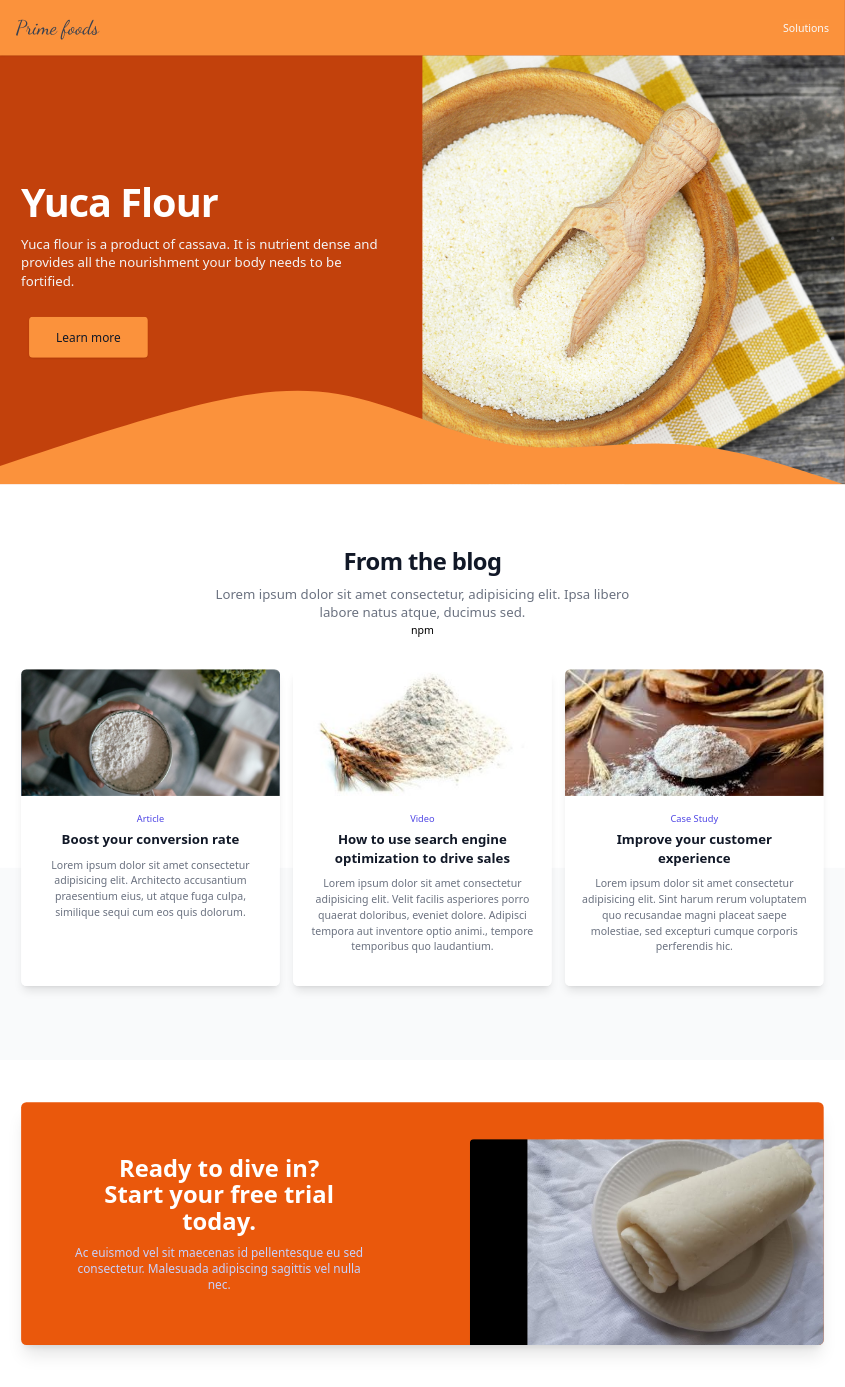
Repository: bellatrick/prime-foods
Page: /
These files come from the project's save history. The page is drawn as it stood at one moment and after the next save; the edit follows.
The browser window is 1280 px wide. The pictures show the whole page, at 66% of full size.
Some web fonts or font styles are not loaded; a fallback is used. The project was rebuilt for these pictures with package versions that can differ from the ones it lists, and the page was loaded fresh each time. A package was used in the major version that the imports need, not the one package.json lists.

Above is the page before, as saved 2022-04-30 20:02:59.

### public/index.html
<!DOCTYPE html>
<html lang="en">
  <head>
    <meta charset="utf-8" />
    <link rel="icon" href="%PUBLIC_URL%/favicon.ico" />
    <meta name="viewport" content="width=device-width, initial-scale=1" />
    <meta name="theme-color" content="#000000" />
    <meta
      name="description"
      content="Web site created using create-react-app"
    />
    <link rel="apple-touch-icon" href="%PUBLIC_URL%/logo192.png" />
    <link rel="preconnect" href="https://fonts.googleapis.com" />
    <link rel="preconnect" href="https://fonts.gstatic.com" crossorigin />
    <link
      href="https://fonts.googleapis.com/css2?family=Dancing+Script:wght@400;500;600;700&family=Inter:wght@100;200;300;400;500;700;900&family=Kavoon&display=swap"
      rel="stylesheet"
    />
    <!--
      manifest.json provides metadata used when your web app is installed on a
      user's mobile device or desktop. See https://developers.google.com/web/fundamentals/web-app-manifest/
    -->
    <link rel="manifest" href="%PUBLIC_URL%/manifest.json" />
    <!--
      Notice the use of %PUBLIC_URL% in the tags above.
      It will be replaced with the URL of the `public` folder during the build.
      Only files inside the `public` folder can be referenced from the HTML.

      Unlike "/favicon.ico" or "favicon.ico", "%PUBLIC_URL%/favicon.ico" will
      work correctly both with client-side routing and a non-root public URL.
      Learn how to configure a non-root public URL by running `npm run build`.
    -->
    <title>React App</title>
  </head>
  <body>
    <noscript>You need to enable JavaScript to run this app.</noscript>
    <div id="root"></div>
    <!--
      This HTML file is a template.
      If you open it directly in the browser, you will see an empty page.

      You can add webfonts, meta tags, or analytics to this file.
      The build step will place the bundled scripts into the <body> tag.

      To begin the development, run `npm start` or `yarn start`.
      To create a production bundle, use `npm run build` or `yarn build`.
    -->
  </body>
</html>

### src/App.js
import Hero from './components/Hero'
import Features from './components/Features'
import Cta from './components/Cta'
import './App.css';

function App() {
  return (
    <div className="App">
     <Hero/>
     <Features/>
     <Cta/>
    </div>
  );
}

export default App;

### src/components/Hero.jsx
/* This example requires Tailwind CSS v2.0+ */
import { Fragment } from "react";
import { Popover, Transition } from "@headlessui/react";
import {
  BookmarkAltIcon,
  CalendarIcon,
  ChartBarIcon,
  CursorClickIcon,
  MenuIcon,
  PhoneIcon,
  PlayIcon,
  RefreshIcon,
  ShieldCheckIcon,
  SupportIcon,
  ViewGridIcon,
  XIcon,
} from "@heroicons/react/outline";
import { ChevronDownIcon } from "@heroicons/react/solid";
import img1 from "../assets/img10.jpg";
const features = [
  {
    name: "Analytics",
    href: "#",
    description:
      "Get a better understanding of where your traffic is coming from.",
    icon: ChartBarIcon,
  },
  {
    name: "Engagement",
    href: "#",
    description: "Speak directly to your customers in a more meaningful way.",
    icon: CursorClickIcon,
  },
  {
    name: "Security",
    href: "#",
    description: "Your customers' data will be safe and secure.",
    icon: ShieldCheckIcon,
  },
  {
    name: "Integrations",
    href: "#",
    description: "Connect with third-party tools that you're already using.",
    icon: ViewGridIcon,
  },
  {
    name: "Automations",
    href: "#",
    description:
      "Build strategic funnels that will drive your customers to convert",
    icon: RefreshIcon,
  },
];

const resources = [
  {
    name: "Help Center",
    description:
      "Get all of your questions answered in our forums or contact support.",
    href: "#",
    icon: SupportIcon,
  },
  {
    name: "Guides",
    description:
      "Learn how to maximize our platform to get the most out of it.",
    href: "#",
    icon: BookmarkAltIcon,
  },
  {
    name: "Events",
    description:
      "See what meet-ups and other events we might be planning near you.",
    href: "#",
    icon: CalendarIcon,
  },
  {
    name: "Security",
    description: "Understand how we take your privacy seriously.",
    href: "#",
    icon: ShieldCheckIcon,
  },
];


function classNames(...classes) {
  return classes.filter(Boolean).join(" ");
}

export default function Example() {
  return (
    <div className="relative bg-orange-700">
      <Popover className="relative bg-orange-400 shadow">
        <div className="max-w-7xl mx-auto px-4 sm:px-6">
          <div className="flex justify-between items-center py-6 md:justify-start md:space-x-10">
            <div className="flex justify-start lg:w-0 lg:flex-1">
              <p className="text-extrabold text-gray-700 text-3xl font-logo">
                Prime foods
              </p>
            </div>
            <div className="-mr-2 -my-2 md:hidden">
              <Popover.Button className="bg-orange-400 rounded-md p-2 inline-flex items-center justify-center text-gray-400 hover:text-gray-50 hover:bg-gray-100 focus:outline-none focus:ring-2 focus:ring-inset focus:ring-gray-50">
                <span className="sr-only">Open menu</span>
                <MenuIcon className="h-6 w-6" aria-hidden="true" />
              </Popover.Button>
            </div>
            <Popover.Group as="nav" className="hidden md:flex space-x-10">
              <Popover className="relative">
                {({ open }) => (
                  <>
                    <Popover.Button
                      className={classNames(
                        open ? "text-gray-900" : "text-gray-50",
                        "group bg-orange-400 rounded-md inline-flex items-center text-base font-medium hover:text-gray-900 focus:outline-none focus:ring-2 focus:ring-offset-2 focus:ring-gray-50"
                      )}
                    >
                      <span>Solutions</span>
                    </Popover.Button>
                    <Transition
                      as={Fragment}
                      enter="transition ease-out duration-200"
                      enterFrom="opacity-0 translate-y-1"
                      enterTo="opacity-100 translate-y-0"
                      leave="transition ease-in duration-150"
                      leaveFrom="opacity-100 translate-y-0"
                      leaveTo="opacity-0 translate-y-1"
                    >

                    </Transition>
                  </>
                )}
              </Popover>
            </Popover.Group>
          </div>
        </div>
        <Transition
          as={Fragment}
          enter="duration-200 ease-out"
          enterFrom="opacity-0 scale-95"
          enterTo="opacity-100 scale-100"
          leave="duration-100 ease-in"
          leaveFrom="opacity-100 scale-100"
          leaveTo="opacity-0 scale-95"
        >
          <Popover.Panel
            focus
            className="absolute top-0 inset-x-0 z-10 p-2 transition transform origin-top-right md:hidden"
          >
            <div className="rounded-lg shadow-lg ring-1 ring-black ring-opacity-5 bg-[#FB923C] divide-y-2 divide-gray-50">
              <div className="pt-5 pb-6 px-5">
                <div className="flex items-center justify-between">
                  <div>Prime foods</div>
                  <div className="-mr-2">
                    <Popover.Button className="bg-orange-400 rounded-md p-2 inline-flex items-center justify-center text-gray-400 hover:text-gray-50 hover:bg-gray-100 focus:outline-none focus:ring-2 focus:ring-inset focus:ring-gray-50">
                      <span className="sr-only">Close menu</span>
                      <XIcon className="h-6 w-6" aria-hidden="true" />
                    </Popover.Button>
                  </div>
                </div>
                <div className="mt-6">
                  <nav className="grid gap-y-8">
                    {features.map((item) => (
                      <a
                        key={item.name}
                        href={item.href}
                        className="-m-3 p-3 flex items-center rounded-md hover:bg-gray-50"
                      >
                        <item.icon
                          className="flex-shrink-0 h-6 w-6 text-gray-600"
                          aria-hidden="true"
                        />
                        <span className="ml-3 text-base font-medium text-gray-900">
                          {item.name}
                        </span>
                      </a>
                    ))}
                  </nav>
                </div>
              </div>
              <div className="py-6 px-5 space-y-6">
                <div className="grid grid-cols-2 gap-y-4 gap-x-8">
                  {resources.map((item) => (
                    <a
                      key={item.name}
                      href={item.href}
                      className="text-base font-medium text-gray-900 hover:text-gray-700"
                    >
                      {item.name}
                    </a>
                  ))}
                </div>
              </div>
            </div>
          </Popover.Panel>
        </Transition>
      </Popover>

      <main className="lg:relative">
        <div className="mx-auto max-w-7xl w-full pt-16 pb-20 text-center lg:py-48 lg:text-left">
          <div className="px-4 lg:w-1/2 sm:px-8 xl:pr-16">
            <h1 className="text-4xl tracking-tight font-extrabold text-white sm:text-5xl md:text-6xl lg:text-5xl xl:text-6xl">
              <span className="block xl:inline">Yuca Flour</span>{" "}
            </h1>
            <p className="mt-3 max-w-md mx-auto text-lg text-gray-100 sm:text-xl md:mt-5 md:max-w-3xl">
              Yuca flour is a product of cassava. It is nutrient dense and
              provides all the nourishment your body needs to be fortified.
            </p>
            <div className="mt-10 sm:flex sm:justify-center lg:justify-start">
              <div className="mt-3 rounded-md shadow sm:mt-0 sm:ml-3">
                <a
                  href="#preparation"
                  className="w-full flex items-center justify-center px-8 py-3 border border-transparent text-base font-medium rounded-md text-gray-900 bg-orange-400 hover:bg-gray-50 md:py-4 md:text-lg md:px-10"
                >
                  Learn more
                </a>
              </div>
            </div>
          </div>
        </div>
        <div className="relative w-full h-64 sm:h-72 md:h-96 lg:absolute lg:inset-y-0 lg:right-0 lg:w-1/2 lg:h-full">
          <img
            className="absolute inset-0 w-full h-full object-cover"
            src={img1}
            alt=""
          />
        </div>
      </main>
      <div className="absolute bottom-0 left-0 right-0 w-full">
        <svg xmlns="http://www.w3.org/2000/svg" viewBox="0 0 1440 320">
          <path
            fill="#FB923C"
            fill-opacity="1"
            d="M0,288L48,272C96,256,192,224,288,197.3C384,171,480,149,576,165.3C672,181,768,235,864,250.7C960,267,1056,245,1152,250.7C1248,256,1344,288,1392,304L1440,320L1440,320L1392,320C1344,320,1248,320,1152,320C1056,320,960,320,864,320C768,320,672,320,576,320C480,320,384,320,288,320C192,320,96,320,48,320L0,320Z"
          ></path>
        </svg>
      </div>
    </div>
  );
}

### src/components/Features.jsx
import img1 from '../assets/img2.jpg'
import img2 from '../assets/img3.png'
import img3 from '../assets/img4.jfif'
import img4 from '../assets/img5.jpg'
const posts = [
    {
      title: 'Boost your conversion rate',
      href: '#',
      category: { name: 'Article', href: '#' },
      description:
        'Lorem ipsum dolor sit amet consectetur adipisicing elit. Architecto accusantium praesentium eius, ut atque fuga culpa, similique sequi cum eos quis dolorum.',
      date: 'Mar 16, 2020',
      datetime: '2020-03-16',
      imageUrl:
        img2,
      readingTime: '6 min',
    },
    {
      title: 'How to use search engine optimization to drive sales',
      href: '#',
      category: { name: 'Video', href: '#' },
      description:
        'Lorem ipsum dolor sit amet consectetur adipisicing elit. Velit facilis asperiores porro quaerat doloribus, eveniet dolore. Adipisci tempora aut inventore optio animi., tempore temporibus quo laudantium.',
      date: 'Mar 10, 2020',
      datetime: '2020-03-10',
      imageUrl:
        img1,
      readingTime: '4 min',
    },
    {
      title: 'Improve your customer experience',
      href: '#',
      category: { name: 'Case Study', href: '#' },
      description:
        'Lorem ipsum dolor sit amet consectetur adipisicing elit. Sint harum rerum voluptatem quo recusandae magni placeat saepe molestiae, sed excepturi cumque corporis perferendis hic.',
      date: 'Feb 12, 2020',
      datetime: '2020-02-12',
      imageUrl:
        img3,
      readingTime: '11 min',
    },
  ]

  export default function Example() {
    return (
      <div className="relative bg-gray-50 pt-16 pb-20 px-4 sm:px-6 lg:pt-24 lg:pb-28 lg:px-8">
        <div className="absolute inset-0">
          <div className="bg-white h-1/3 sm:h-2/3" />
        </div>
        <div className="relative max-w-7xl mx-auto">
          <div className="text-center">
            <h2 className="text-3xl tracking-tight font-extrabold text-gray-900 sm:text-4xl">From the blog</h2>
            <p className="mt-3 max-w-2xl mx-auto text-xl text-gray-500 sm:mt-4">
              Lorem ipsum dolor sit amet consectetur, adipisicing elit. Ipsa libero labore natus atque, ducimus sed.
            </p>npm
          </div>
          <div className="mt-12 max-w-lg mx-auto grid gap-5 lg:grid-cols-3 lg:max-w-none">
            {posts.map((post) => (
              <div key={post.title} className="flex flex-col rounded-lg shadow-lg overflow-hidden">
                <div className="flex-shrink-0">
                  <img className="h-48 w-full object-cover" src={post.imageUrl} alt="" />
                </div>
                <div className="flex-1 bg-white p-6 flex flex-col justify-between">
                  <div className="flex-1">
                    <p className="text-sm font-medium text-indigo-600">
                      <a href={post.category.href} className="hover:underline">
                        {post.category.name}
                      </a>
                    </p>
                    <a href={post.href} className="block mt-2">
                      <p className="text-xl font-semibold text-gray-900">{post.title}</p>
                      <p className="mt-3 text-base text-gray-500">{post.description}</p>
                    </a>
                  </div>
                  <div className="mt-6 flex items-center">

                  </div>
                </div>
              </div>
            ))}
          </div>
        </div>
      </div>
    )
  }

### src/components/Cta.jsx
import img1 from '../assets/img7.jpg'
export default function Example() {
    return (
      <div className="bg-white">
        <div className="max-w-7xl mx-auto py-16 px-4 sm:px-6 lg:px-8">
          <div className="bg-orange-600 rounded-lg shadow-xl overflow-hidden lg:grid lg:grid-cols-2 lg:gap-4">
            <div className="pt-10 pb-12 px-6 sm:pt-16 sm:px-16 lg:py-16 lg:pr-0 xl:py-20 xl:px-20">
              <div className="lg:self-center">
                <h2 className="text-3xl font-extrabold text-white sm:text-4xl">
                  <span className="block">Ready to dive in?</span>
                  <span className="block">Start your free trial today.</span>
                </h2>
                <p className="mt-4 text-lg leading-6 text-indigo-200">
                  Ac euismod vel sit maecenas id pellentesque eu sed consectetur. Malesuada adipiscing sagittis vel nulla
                  nec.
                </p>

              </div>
            </div>
            <div className="-mt-6 aspect-w-5 aspect-h-3 md:aspect-w-2 md:aspect-h-1">
              <img
                className="transform translate-x-6 translate-y-6 rounded-md object-cover object-left-top sm:translate-x-16 lg:translate-y-20"
                src={img1}
                alt="App screenshot"
              />
            </div>
          </div>
        </div>
      </div>
    )
  }

### tailwind.config.js
module.exports = {
  content: ["./src/**/*.{js,jsx,ts,tsx}"],
  theme: {
    extend: {
      colors: {
        primary: "#do380c",
      },
      fontFamily: {
        body: ["Inter", "sans-serif"],
        logo: ["Dancing Script", "cursive"],
      },
    },
  },
  plugins: [require("@tailwindcss/aspect-ratio")],
};

Loaded but not shown: src/index.js (common file); src/index.css (common file); src/reportWebVitals.js (common file); src/App.css (common file)

After the next save:
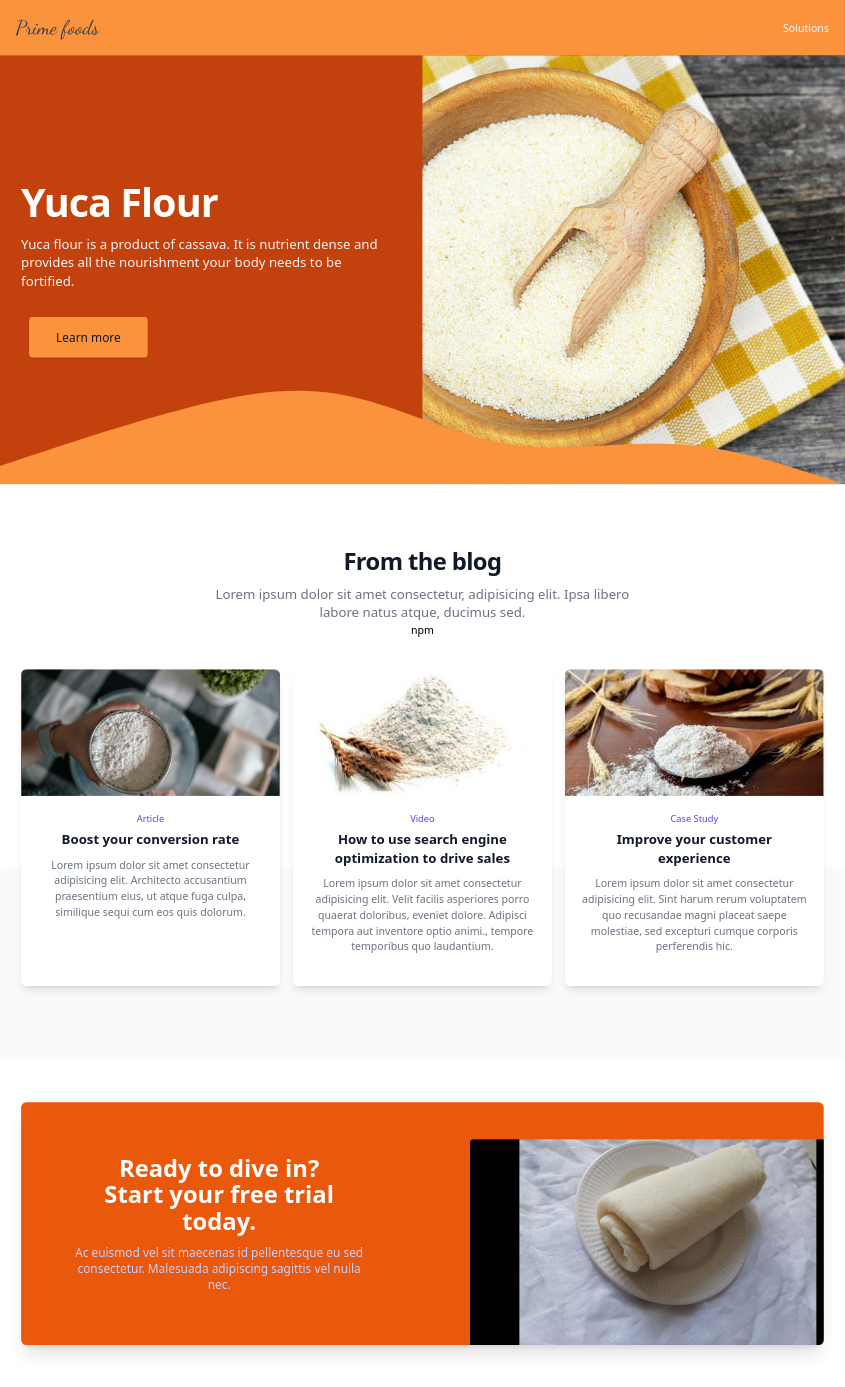
Saved 9 s later.
--- a/tailwind.config.js
+++ b/tailwind.config.js
@@ -11,5 +11,5 @@
       },
     },
   },
-  plugins: [require("@tailwindcss/aspect-ratio")],
+  plugins: [],
 };
